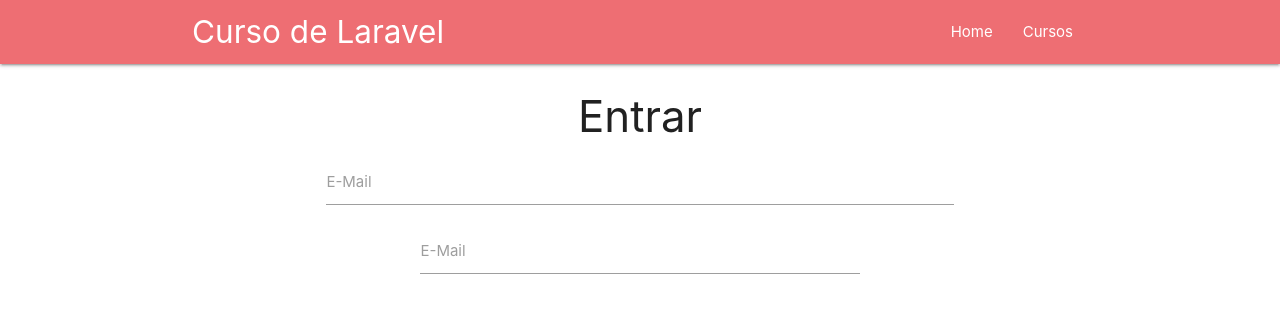
Repository: Kesteves1/Curso_Laravel
Page: http://localhost/login
The author's editor kept a copy of each file at every save. The page is drawn from the files as they stood at one save, then again after a run of saves.
The browser window is 1280 px wide. The pictures show the whole page.
Some web libraries are served in a nearby version. The page is served by the project's Laravel application, run on PHP 8.4 with Laravel 8. Other server files are loaded and not shown.

Above is the page before, as saved 2022-04-13 09:43:32.
Console error: TypeError: $(...).sideNav is not a function

### routes/web.php
<?php

use App\Http\Controllers\ContatoController;
use App\Http\Controllers\Site\HomeController;
use Illuminate\Support\Facades\Route;
use App\Http\Controllers\Site\LoginController;


/*
|--------------------------------------------------------------------------
| Web Routes
|--------------------------------------------------------------------------
|
| This file is where you may define all of the routes that are handled
| by your application. Just tell Laravel the URIs it should respond
| to using a Closure or controller method. Build something great!
|
*/

/*Route::get('/', function ()
{
    return view('home');
});*/

//Route::get('/', [ContatoController::class, 'index']);
Route::get('/', [HomeController::class, 'index'])->name('site.home');
Route::get('/login', [LoginController::class, 'index'])->name('site.login');
Route::get('/sair', [LoginController::class, 'index'])->name('site.sair');
Route::post('/login/entrar', [LoginController::class, 'entrar'])->name('site.login.entrar');

// Route::post('/contato', ['uses' => 'ContatoController@criar']);

//Route::get('/contato', [ContatoController::class, 'index']);

Route::get('/admin/cursos', [ContatoController::class, 'cursos']);
//Route::get('/admin', [ContatoController::class, 'admin']);

// Route::put('/contato', ['uses' => 'ContatoController@editar']);
//Route::get('/contato/editar', [ContatoController::class, 'editar']);
//Route::get('/contato/criar', [ContatoController::class, 'criar'])->name('contato.criar');



Route::group(['middleware' => 'auth'], function(){

        // Route::post('/admin/cursos/salvar',['as'=>'admin.cursos.salvar','uses'=>'Admin\CursoController@salvar']);
    Route::post('/admin/cursos/salvar', [ContatoController::class, 'salvar'])->name('admin.cursos.salvar');

    // Route::get('/admin/cursos/adicionar',['as'=>'admin.cursos.adicionar','uses'=>'Admin\CursoController@adicionar']);
    Route::get('/admin/cursos/adicionar', [ContatoController::class, 'adicionar'])->name('admin.cursos.adicionar');

    // Route::get('/admin/cursos',['as'=>'admin.cursos','uses'=>'Admin\CursoController@index']);
    Route::get('/admin/cursos/{id?}', [ContatoController::class, 'index'])->name('admin.cursos');

    // Route::get('/admin/cursos/editar/{id}',['as'=>'admin.cursos.editar','uses'=>'Admin\CursoController@editar']);
    Route::get('/admin/cursos/editar/{id}', [ContatoController::class, 'editar'])->name('admin.cursos.editar');

    // Route::put('/admin/cursos/atualizar/{id}',['as'=>'admin.cursos.atualizar','uses'=>'Admin\CursoController@atualizar']);
    Route::put('/admin/cursos/atualizar/{id}', [ContatoController::class, 'atualizar'])->name('admin.cursos.atualizar');

    // Route::get('/admin/cursos/deletar/{id}',['as'=>'admin.cursos.deletar','uses'=>'Admin\CursoController@deletar']);
    Route::get('/admin/cursos/deletar/{id}', [ContatoController::class, 'deletar'])->name('admin.cursos.deletar');

});

### app/Http/Controllers/Site/LoginController.php
<?php

namespace App\Http\Controllers\Site;

use App\Http\Controllers\Controller;
use Illuminate\Http\Request;
use Auth;
use Illuminate\Support\Facades\Auth as FacadesAuth;

class LoginController extends Controller
{
    public function index()
    {
        return view('login.index');
    }
    public function entrar(request $req)
    {
        $dados = $req->all();
        if(FacadesAuth::attempt(['email'=>$dados['email'], 'password'=>$dados['senha']]))
        {
            return redirect()->route('admin.cursos');
        }
        return redirect()->route('login.index');
    }

    public function sair()
    {
        return redirect()->route('site.home');
    }
}

### resources/views/login/index.blade.php
@extends('layout.site')

@section('titulo', 'Contatos')

@section('conteudo')
    <div class="container">
        <h3 class="center">Entrar</h3>
            <div class="row">
                <form class="" method="POST" enctype="multipart/form-data" action="{{route('site.login.entrar')}}">
                        @csrf
                            <div class="container">
                                <div class="input-field">
                                    <input type="text" name="email" >
                                    <label >E-Mail</label>
                                </div>
                                <div class="container">
                                    <div class="input-field">
                                        <input type="text" name="email" >
                                        <label >E-Mail</label>
                                    </div>
                </form>
            </div>
    </div>
@endsection

### resources/views/layout/site.blade.php

@include('layout._includes.topo')

@yield('conteudo')

@include('layout._includes.footer')

### resources/views/layout/_includes/topo.blade.php
<!DOCTYPE html>
<html>

<head>
    <title>@yield('titulo')</title>
    <!--Import Google Icon Font-->
    <link href="https://fonts.googleapis.com/icon?family=Material+Icons" rel="stylesheet">
    <!-- Compiled and minified CSS -->
    <link rel="stylesheet" href="https://cdnjs.cloudflare.com/ajax/libs/materialize/1.0.0/css/materialize.min.css">

    <!--Let browser know website is optimized for mobile-->
    <meta name="viewport" content="width=device-width, initial-scale=1.0" />
</head>

<body>
    <header>

        <nav>
            <div class="container">
                <div class="nav-wrapper deep-orange">
                    <a href="{{route('admin.cursos')}}" class="brand-logo">Curso de Laravel</a>
                    <a href="#" data-target="mobile-demo" class="sidenav-trigger"><i class="material-icons">menu</i></a>
                    <ul class="right hide-on-med-and-down">
                        <li><a href="{{ route('site.home')}}">Home</a></li>
                        <li><a href="{{ route('admin.cursos') }}">Cursos</a></li>
                    </ul>
                </div>
            </div>
        </nav>

        <ul class="sidenav" id="mobile">
            <li><a href="/">Home</a></li>
            <li><a href="{{ route('admin.cursos') }}">Cursos</a></li>
        </ul>


    </header>

### resources/views/layout/_includes/footer.blade.php
<!-- Compiled and minified JavaScript -->
<script type="text/javascript" src="https://code.jquery.com/jquery-2.1.1.min.js"></script>
<script src="https://cdnjs.cloudflare.com/ajax/libs/materialize/1.0.0/js/materialize.min.js"></script>
<script type="text/javascript">


    $(document).ready(function() {

        // Materialize.updatetextFields();
        $(".button-collapse").sideNav();

        document.addEventListener('DOMContentLoaded', function() {
            var elems = document.querySelectorAll('.sidenav');
            var instances = M.Sidenav.init(elems, options);
        });

        // Or with jQuery

        $(document).ready(function() {
            $('.sidenav').sidenav();

        });
    });
</script>

</body>

</html>

Loaded but not shown: app/Http/Controllers/Controller.php (common file)

After the next 2 saves:
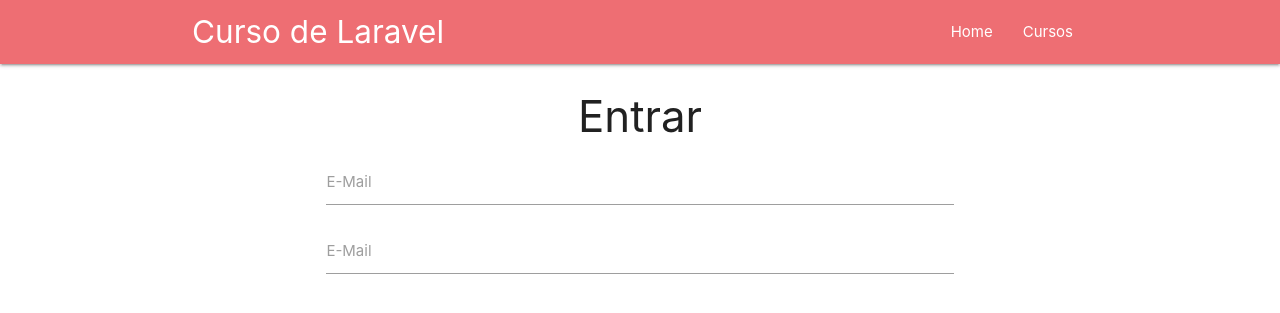
The 2 saves are shown as one change because they came seconds apart.
The last was saved 15 s later.
--- a/resources/views/login/index.blade.php
+++ b/resources/views/login/index.blade.php
@@ -13,11 +13,10 @@
                                     <input type="text" name="email" >
                                     <label >E-Mail</label>
                                 </div>
-                                <div class="container">
-                                    <div class="input-field">
-                                        <input type="text" name="email" >
-                                        <label >E-Mail</label>
-                                    </div>
+                                <div class="input-field">
+                                    <input type="text" name="email" >
+                                    <label >E-Mail</label>
+                                </div>
                 </form>
             </div>
     </div>
